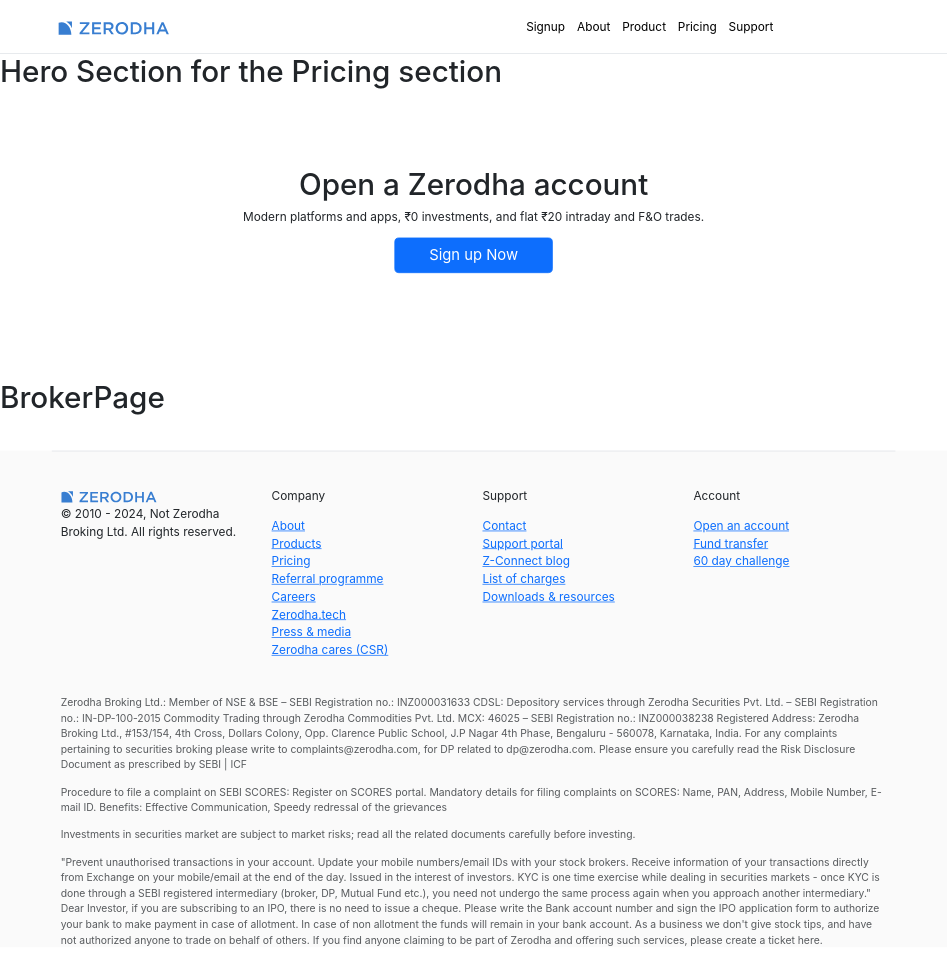
Repository: swarnabha-dutta/TradeVerse
Page: /pricing (app in frontend/)
The author's editor kept a copy of each file at every save. The page is drawn from the files as they stood at one save, then again after the next save.
The browser window is 1280 px wide. The pictures show the whole page, at 74% of full size.
Some web libraries are served in a nearby version. The project was rebuilt for these pictures with package versions that can differ from the ones it lists, and the page was loaded fresh each time. Also part of the build but not shown: frontend/src/landing_page/home/Hero.jsx, frontend/src/landing_page/home/Awards.jsx, frontend/src/landing_page/home/Stats.jsx, frontend/src/landing_page/home/Pricing.jsx, frontend/src/landing_page/home/Education.jsx, frontend/src/landing_page/home/HomePage.jsx, frontend/src/landing_page/about/Team.jsx, frontend/src/landing_page/about/AboutPage.jsx and 10 more. Imported but missing from the stored project, and not drawn on this page: frontend/src/landing_page/about/Hero.

Above is the page before, as saved 2025-11-12 11:41:51.

After the next save:
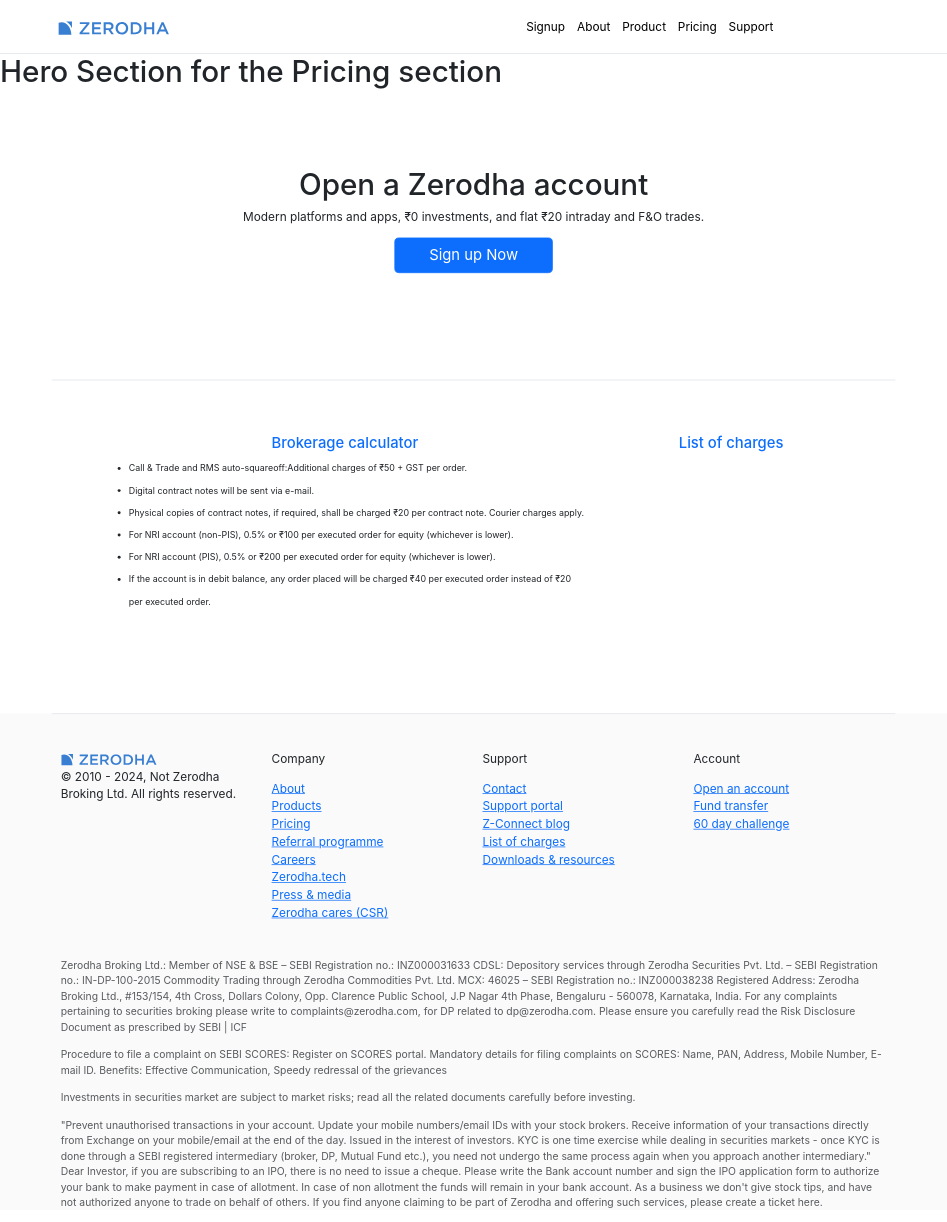
Saved 49 min 14 s later.
--- a/frontend/src/landing_page/pricing/BrokerPage.jsx
+++ b/frontend/src/landing_page/pricing/BrokerPage.jsx
@@ -2,8 +2,47 @@
 
 const BrokerPage = () => {
     return (
-        <h1>BrokerPage</h1>
-    )
+    <div className="container">
+      <div className="row p-5 mt-5 text-center border-top">
+        <div className="col-8 p-4">
+          <a href="" style={{ textDecoration: "none" }}>
+            <h3 className="fs-5">Brokerage calculator</h3>
+          </a>
+          <ul
+            style={{ textAlign: "left", lineHeight: "2.5", fontSize: "12px" }}
+            className="text-mut"
+          >
+            <li>
+              Call & Trade and RMS auto-squareoff:Additional charges of ₹50 +
+              GST per order.
+            </li>
+            <li>Digital contract notes will be sent via e-mail.</li>
+            <li>
+              Physical copies of contract notes, if required, shall be charged
+              ₹20 per contract note. Courier charges apply.
+            </li>
+            <li>
+              For NRI account (non-PIS), 0.5% or ₹100 per executed order for
+              equity (whichever is lower).
+            </li>
+            <li>
+              For NRI account (PIS), 0.5% or ₹200 per executed order for equity
+              (whichever is lower).
+            </li>
+            <li>
+              If the account is in debit balance, any order placed will be
+              charged ₹40 per executed order instead of ₹20 per executed order.
+            </li>
+          </ul>
+        </div>
+        <div className="col-4 p-4">
+          <a href="" style={{ textDecoration: "none" }}>
+            <h3 className="fs-5">List of charges</h3>
+          </a>
+        </div>
+      </div>
+    </div>
+  );
 }
 
 export default BrokerPage
